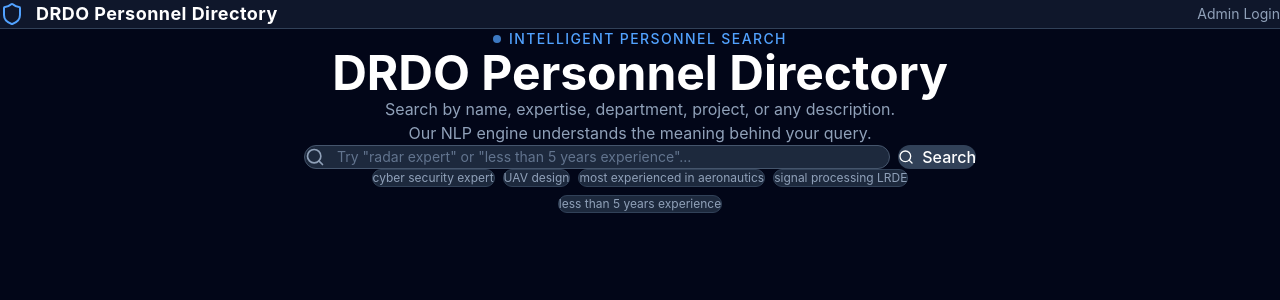
Repository: Mandeepigdtuw/DRDO-Directory
Page: / (app in frontend/)
An editor plug-in stored every save of this project. The page is shown before and after the next save, followed by the edit.
The browser window is 1280 px wide. The pictures show the whole page.
The project was rebuilt for these pictures with package versions that can differ from the ones it lists, and the page was loaded fresh each time. Also part of the build but not shown: frontend/vite.config.js, frontend/src/components/PersonnelCard.jsx, frontend/src/components/ProfileModal.jsx, frontend/src/pages/AdminLogin.jsx, frontend/src/components/AdminLayout.jsx, frontend/src/pages/AdminDashboard.jsx, frontend/src/pages/ManagePersonnel.jsx, frontend/src/pages/AddPersonnel.jsx and 3 more.

Above is the page before, as saved 2026-07-18 18:37:05.

### frontend/src/index.css
@import "tailwindcss";
@tailwind base;
@tailwind components;
@tailwind utilities;

* {
  margin: 0;
  padding: 0;
  box-sizing: border-box;
}

body {
  font-family: 'Inter', sans-serif;
  background-color: #0f172a;
  color: #e2e8f0;
}

### frontend/src/App.jsx
// src/App.jsx
import { BrowserRouter, Routes, Route, Navigate } from 'react-router-dom'
import SearchPage from './pages/SearchPage'
import AdminLogin from './pages/AdminLogin'
import AdminDashboard from './pages/AdminDashboard'
import ManagePersonnel from './pages/ManagePersonnel'
import AddPersonnel from './pages/AddPersonnel'
import EditPersonnel from './pages/EditPersonnel'
import AnalyticsDashboard from './pages/AnalyticsDashboard'
import ProtectedRoute from './components/ProtectedRoute'

export default function App() {
  return (
    <BrowserRouter>
      <Routes>
        {/* User Side - Public */}
        <Route path="/" element={<SearchPage />} />

        {/* Admin Login - Public */}
        <Route path="/admin/login" element={<AdminLogin />} />

        {/* Admin Side - Protected (need JWT token) */}
        <Route path="/admin" element={<ProtectedRoute />}>
          <Route path="dashboard" element={<AdminDashboard />} />
          <Route path="personnel" element={<ManagePersonnel />} />
          <Route path="personnel/add" element={<AddPersonnel />} />
          <Route path="personnel/edit/:employee_id" element={<EditPersonnel />} />
          <Route path="analytics" element={<AnalyticsDashboard />} />
        </Route>

        {/* Catch all unknown URLs → redirect to home */}
        <Route path="*" element={<Navigate to="/" />} />
      </Routes>
    </BrowserRouter>
  )
}

### frontend/src/pages/SearchPage.jsx
// src/pages/SearchPage.jsx
import { useState } from 'react'
import { Search, Loader2 } from 'lucide-react'
import Navbar from '../components/Navbar'
import PersonnelCard from '../components/PersonnelCard'
import ProfileModal from '../components/ProfileModal'
import { searchPersonnel, getAllPersonnelPublic } from '../services/api'

export default function SearchPage() {
  const [query, setQuery] = useState('')
  const [results, setResults] = useState([])
  const [loading, setLoading] = useState(false)
  const [searched, setSearched] = useState(false)
  const [selectedPerson, setSelectedPerson] = useState(null)
  const [error, setError] = useState('')

  const isExperienceQuery = (q) => {
    const lower = q.toLowerCase()
    return (
      lower.includes('maximum experience') ||
      lower.includes('most experience') ||
      lower.includes('most experienced') ||
      lower.includes('maximum years') ||
      lower.includes('highest experience') ||
      lower.includes('senior most') ||
      lower.includes('most senior') ||
      lower.includes('experienced scientist') ||
      lower.includes('experienced engineer')
    )
  }

  const isMinExperienceQuery = (q) => {
    const lower = q.toLowerCase()
    return (
      lower.includes('less than') ||
      lower.includes('fewer than') ||
      lower.includes('under') ||
      lower.includes('below') ||
      lower.includes('least experience') ||
      lower.includes('minimum experience') ||
      lower.includes('least experienced') ||
      lower.includes('junior') ||
      lower.includes('entry level') ||
      lower.includes('fresher') ||
      lower.includes('newest') ||
      lower.includes('youngest')
    )
  }

  const extractNumber = (q) => {
    const match = q.match(/\d+/)
    return match ? parseInt(match[0]) : null
  }

  const hasDomainContext = (q) => {
    const experienceWords = [
      'most', 'maximum', 'highest', 'senior', 'experienced',
      'scientist', 'engineer', 'in', 'the', 'field', 'of', 'with'
    ]
    const words = q.toLowerCase().split(' ')
    const domainWords = words.filter(w => w.length > 2 && !experienceWords.includes(w))
    return domainWords.length > 0
  }

  const handleSearch = async () => {
    if (!query.trim()) return
    setLoading(true)
    setError('')
    setSearched(false)

    try {
      let data = []

      if (isMinExperienceQuery(query)) {
        // LEAST / JUNIOR experience query
        const response = await getAllPersonnelPublic()
        let all = [...response.data.results]

        const num = extractNumber(query)
        if (num !== null) {
          all = all.filter(p => p.years_of_experience < num)
        }

        data = all
          .sort((a, b) => a.years_of_experience - b.years_of_experience)
          .map((p, i) => ({
            ...p,
            relevance_score: Math.max(0.99 - i * 0.01, 0.1)
          }))

      } else if (isExperienceQuery(query) && hasDomainContext(query)) {
        // MOST EXPERIENCED in specific domain
        const response = await searchPersonnel(query + '&top_k=30')
        data = [...response.data.results]
          .sort((a, b) => b.years_of_experience - a.years_of_experience)
          .slice(0, 10)
          .map((p, i) => ({
            ...p,
            relevance_score: Math.max(0.99 - i * 0.02, 0.1)
          }))

      } else if (isExperienceQuery(query)) {
        // MOST EXPERIENCED overall
        const response = await getAllPersonnelPublic()
        data = [...response.data.results]
          .sort((a, b) => b.years_of_experience - a.years_of_experience)
          .map((p, i) => ({
            ...p,
            relevance_score: Math.max(0.99 - i * 0.01, 0.1)
          }))

      } else {
        // NORMAL SEMANTIC SEARCH
        const response = await searchPersonnel(query)
        data = response.data.results
      }

      setResults(data)
      setSearched(true)
    } catch (err) {
      setError('Search failed. Please make sure the backend server is running.')
    } finally {
      setLoading(false)
    }
  }

  const handleKeyDown = (e) => {
    if (e.key === 'Enter') handleSearch()
  }

  return (
    <div className="min-h-screen bg-slate-950">
      <Navbar isAdmin={false} />

      <div className="flex flex-col items-center px-4 py-16">
        <div className="mb-3 flex items-center gap-2">
          <div className="w-2 h-2 rounded-full bg-blue-400 animate-pulse" />
          <span className="text-blue-400 text-sm font-medium tracking-widest uppercase">
            Intelligent Personnel Search
          </span>
        </div>

        <h1 className="text-4xl md:text-5xl font-bold text-white text-center mb-3">
          DRDO Personnel Directory
        </h1>
        <p className="text-slate-400 text-center mb-10 max-w-lg text-sm md:text-base">
          Search by name, expertise, department, project, or any description.
          Our NLP engine understands the meaning behind your query.
        </p>

        <div className="w-full max-w-2xl flex gap-2">
          <div className="flex-1 flex items-center bg-slate-800 border border-slate-600 rounded-xl px-4 gap-3 focus-within:border-blue-500 transition-colors">
            <Search className="text-slate-400 shrink-0" size={20} />
            <input
              type="text"
              value={query}
              onChange={(e) => setQuery(e.target.value)}
              onKeyDown={handleKeyDown}
              placeholder='Try "radar expert" or "less than 5 years experience"...'
              className="flex-1 bg-transparent text-white py-4 outline-none placeholder-slate-500 text-sm"
            />
            {query && (
              <button
                onClick={() => { setQuery(''); setResults([]); setSearched(false) }}
                className="text-slate-500 hover:text-white transition-colors text-xl leading-none"
              >
                ×
              </button>
            )}
          </div>
          <button
            onClick={handleSearch}
            disabled={loading || !query.trim()}
            className="bg-blue-600 hover:bg-blue-500 disabled:bg-slate-700 disabled:cursor-not-allowed text-white px-6 rounded-xl font-medium transition-colors flex items-center gap-2 whitespace-nowrap"
          >
            {loading
              ? <Loader2 size={18} className="animate-spin" />
              : <Search size={16} />}
            {loading ? 'Searching...' : 'Search'}
          </button>
        </div>

        <div className="flex flex-wrap gap-2 mt-4 justify-center max-w-2xl">
          {[
            'cyber security expert',
            'UAV design',
            'most experienced in aeronautics',
            'signal processing LRDE',
            'less than 5 years experience',
          ].map((hint) => (
            <button
              key={hint}
              onClick={() => setQuery(hint)}
              className="text-xs text-slate-400 hover:text-blue-400 bg-slate-800 hover:bg-slate-700 px-3 py-1.5 rounded-full border border-slate-700 transition-colors"
            >
              {hint}
            </button>
          ))}
        </div>
      </div>

      <div className="flex flex-col items-center px-4 pb-16">
        <div className="w-full max-w-5xl">
          {error && (
            <div className="text-red-400 bg-red-400/10 border border-red-400/20 rounded-xl p-4 text-center mb-6 text-sm">
              {error}
            </div>
          )}

          {searched && (
            <p className="text-slate-400 text-sm mb-5 text-center">
              {results.length > 0
                ? `${results.length} results for "${query}" — ranked by relevance`
                : `No results found for "${query}"`}
            </p>
          )}

          {results.length > 0 && (
            <div className="grid grid-cols-1 md:grid-cols-2 gap-4">
              {results.map((person, index) => (
                <PersonnelCard
                  key={person.employee_id}
                  person={person}
                  rank={index + 1}
                  onClick={() => setSelectedPerson(person)}
                />
              ))}
            </div>
          )}

          {searched && results.length === 0 && (
            <div className="text-center py-16 text-slate-500">
              <Search size={48} className="mx-auto mb-4 opacity-30" />
              <p className="text-lg">No personnel found matching your query.</p>
              <p className="text-sm mt-2">Try different keywords or a broader search.</p>
            </div>
          )}
        </div>
      </div>

      {selectedPerson && (
        <ProfileModal
          person={selectedPerson}
          onClose={() => setSelectedPerson(null)}
        />
      )}
    </div>
  )
}

### frontend/src/components/Navbar.jsx
// src/components/Navbar.jsx
import { Link, useNavigate, useLocation } from 'react-router-dom'
import { Shield, LogOut, Users, BarChart2, Plus, Search } from 'lucide-react'

export default function Navbar({ isAdmin = false }) {
  const navigate = useNavigate()
  const location = useLocation()

  const handleLogout = () => {
    localStorage.removeItem('admin_token')
    navigate('/admin/login')
  }

  const isActive = (path) =>
    location.pathname === path
      ? 'bg-blue-600 text-white'
      : 'text-slate-300 hover:text-white hover:bg-slate-700'

  if (!isAdmin) {
    // Simple navbar for user search page
    return (
      <nav className="bg-slate-900 border-b border-slate-700 px-6 py-4 flex items-center justify-between">
        <div className="flex items-center gap-3">
          <Shield className="text-blue-400" size={24} />
          <span className="text-white font-bold text-lg tracking-wide">
            DRDO Personnel Directory
          </span>
        </div>
        <Link
          to="/admin/login"
          className="text-slate-400 hover:text-white text-sm transition-colors"
        >
          Admin Login
        </Link>
      </nav>
    )
  }

  // Full navbar for admin pages
  return (
    <nav className="bg-slate-900 border-b border-slate-700 px-6 py-3 flex items-center justify-between">
      <div className="flex items-center gap-3">
        <Shield className="text-blue-400" size={22} />
        <span className="text-white font-bold tracking-wide">DRDO Admin</span>
      </div>

      <div className="flex items-center gap-2">
        <Link
          to="/"
          className={`flex items-center gap-2 px-3 py-2 rounded-lg text-sm transition-colors ${isActive('/')}`}
        >
          <Search size={15} /> Search
        </Link>
        <Link
          to="/admin/dashboard"
          className={`flex items-center gap-2 px-3 py-2 rounded-lg text-sm transition-colors ${isActive('/admin/dashboard')}`}
        >
          <Shield size={15} /> Dashboard
        </Link>
        <Link
          to="/admin/personnel"
          className={`flex items-center gap-2 px-3 py-2 rounded-lg text-sm transition-colors ${isActive('/admin/personnel')}`}
        >
          <Users size={15} /> Personnel
        </Link>
        <Link
          to="/admin/personnel/add"
          className={`flex items-center gap-2 px-3 py-2 rounded-lg text-sm transition-colors ${isActive('/admin/personnel/add')}`}
        >
          <Plus size={15} /> Add
        </Link>
        <Link
          to="/admin/analytics"
          className={`flex items-center gap-2 px-3 py-2 rounded-lg text-sm transition-colors ${isActive('/admin/analytics')}`}
        >
          <BarChart2 size={15} /> Analytics
        </Link>
      </div>

      <button
        onClick={handleLogout}
        className="flex items-center gap-2 text-slate-400 hover:text-red-400 text-sm transition-colors"
      >
        <LogOut size={16} /> Logout
      </button>
    </nav>
  )
}

### frontend/src/services/api.js
// src/services/api.js
import axios from 'axios'

const BASE_URL = 'http://localhost:8000'

// Create axios instance pointing to our backend
const api = axios.create({
  baseURL: BASE_URL,
})

// Automatically attach JWT token to every request if it exists
api.interceptors.request.use((config) => {
  const token = localStorage.getItem('admin_token')
  if (token) {
    config.headers.Authorization = `Bearer ${token}`
  }
  return config
})

// ─── AUTH ────────────────────────────────────────
export const loginAdmin = (username, password) =>
  api.post('/auth/login', { username, password })

// ─── SEARCH ──────────────────────────────────────
export const searchPersonnel = (query) =>
  api.get(`/search/?q=${encodeURIComponent(query)}`)


// ─── ADMIN PERSONNEL ─────────────────────────────
export const getAllPersonnel = () =>
  api.get('/admin/personnel')

export const getPersonById = (employee_id) =>
  api.get(`/admin/personnel/${employee_id}`)

export const addPersonnel = (data) =>
  api.post('/admin/personnel', data)

export const updatePersonnel = (employee_id, data) =>
  api.put(`/admin/personnel/${employee_id}`, data)

export const deletePersonnel = (employee_id) =>
  api.delete(`/admin/personnel/${employee_id}`)

// ─── ANALYTICS ───────────────────────────────────
export const getAnalyticsSummary = () =>
  api.get('/admin/analytics/summary')

export const getTopSearches = () =>
  api.get('/admin/analytics/top-searches')

export const getSearchTrends = () =>
  api.get('/admin/analytics/trends')

export const getDepartmentStats = () =>
  api.get('/admin/analytics/department-stats')

export const getZeroResults = () =>
  api.get('/admin/analytics/zero-results')

// Add this to the bottom of src/services/api.js
export const getAllPersonnelPublic = () =>
  api.get('/search/all')

Loaded but not shown: frontend/src/main.jsx (common file)

After the next save:
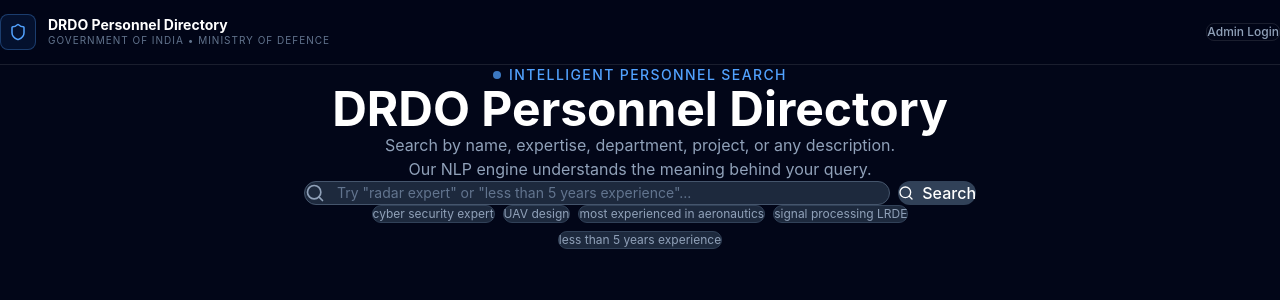
Saved 2 min 14 s later.
--- a/frontend/src/components/Navbar.jsx
+++ b/frontend/src/components/Navbar.jsx
@@ -12,77 +12,101 @@
   }
 
   const isActive = (path) =>
-    location.pathname === path
-      ? 'bg-blue-600 text-white'
-      : 'text-slate-300 hover:text-white hover:bg-slate-700'
+    location.pathname === path ||
+    location.pathname.startsWith(path + '/')
 
   if (!isAdmin) {
-    // Simple navbar for user search page
     return (
-      <nav className="bg-slate-900 border-b border-slate-700 px-6 py-4 flex items-center justify-between">
-        <div className="flex items-center gap-3">
-          <Shield className="text-blue-400" size={24} />
-          <span className="text-white font-bold text-lg tracking-wide">
-            DRDO Personnel Directory
-          </span>
+      <nav className="w-full border-b border-white/10 bg-slate-950/90 backdrop-blur-xl">
+        <div className="flex h-16 w-full items-center justify-between px-6 sm:px-10 lg:px-16">
+          <div className="flex items-center gap-3">
+            <div className="flex h-9 w-9 items-center justify-center rounded-lg border border-blue-400/30 bg-blue-500/10">
+              <Shield size={18} className="text-blue-400" />
+            </div>
+            <div>
+              <p className="text-sm font-bold text-white leading-tight">
+                DRDO Personnel Directory
+              </p>
+              <p className="text-[10px] uppercase tracking-widest text-slate-500">
+                Government of India • Ministry of Defence
+              </p>
+            </div>
+          </div>
+          <Link
+            to="/admin/login"
+            className="text-xs font-medium text-slate-400 hover:text-blue-400 transition border border-white/10 hover:border-blue-400/30 px-4 py-2 rounded-lg"
+          >
+            Admin Login
+          </Link>
         </div>
-        <Link
-          to="/admin/login"
-          className="text-slate-400 hover:text-white text-sm transition-colors"
-        >
-          Admin Login
-        </Link>
       </nav>
     )
   }
 
-  // Full navbar for admin pages
+  const navLinks = [
+    { to: '/admin/dashboard', label: 'Dashboard', icon: Shield },
+    { to: '/admin/personnel', label: 'Personnel', icon: Users },
+    { to: '/admin/personnel/add', label: 'Add', icon: Plus },
+    { to: '/admin/analytics', label: 'Analytics', icon: BarChart2 },
+  ]
+
   return (
-    <nav className="bg-slate-900 border-b border-slate-700 px-6 py-3 flex items-center justify-between">
-      <div className="flex items-center gap-3">
-        <Shield className="text-blue-400" size={22} />
-        <span className="text-white font-bold tracking-wide">DRDO Admin</span>
+    <nav className="w-full border-b border-white/10 bg-slate-950/90 backdrop-blur-xl">
+      <div className="flex h-16 w-full items-center justify-between px-6 sm:px-10 lg:px-16">
+
+        {/* Left — Branding */}
+        <div className="flex items-center gap-3 shrink-0">
+          <div className="flex h-9 w-9 items-center justify-center rounded-lg border border-blue-400/30 bg-blue-500/10">
+            <Shield size={18} className="text-blue-400" />
+          </div>
+          <div className="hidden sm:block">
+            <p className="text-sm font-bold text-white leading-tight">DRDO Admin</p>
+            <p className="text-[10px] uppercase tracking-widest text-slate-500">
+              Personnel Directory
+            </p>
+          </div>
+        </div>
+
+        {/* Center — Nav Links */}
+        <div className="flex items-center gap-1">
+          <Link
+            to="/"
+            className="flex items-center gap-2 px-3 py-2 rounded-lg text-xs font-medium text-slate-400 hover:text-white hover:bg-white/5 transition"
+          >
+            <Search size={14} />
+            <span className="hidden sm:block">Search</span>
+          </Link>
+
+          {navLinks.map((link) => {
+            const active = isActive(link.to)
+            return (
+              <Link
+                key={link.to}
+                to={link.to}
+                className={
+                  'flex items-center gap-2 px-3 py-2 rounded-lg text-xs font-medium transition ' +
+                  (active
+                    ? 'bg-blue-500/15 text-blue-400 border border-blue-400/20'
+                    : 'text-slate-400 hover:text-white hover:bg-white/5')
+                }
+              >
+                <link.icon size={14} />
+                <span className="hidden sm:block">{link.label}</span>
+              </Link>
+            )
+          })}
+        </div>
+
+        {/* Right — Logout */}
+        <button
+          onClick={handleLogout}
+          className="flex items-center gap-2 px-3 py-2 rounded-lg text-xs font-medium text-slate-400 hover:text-red-400 hover:bg-red-400/5 border border-transparent hover:border-red-400/20 transition shrink-0"
+        >
+          <LogOut size={14} />
+          <span className="hidden sm:block">Logout</span>
+        </button>
+
       </div>
-
-      <div className="flex items-center gap-2">
-        <Link
-          to="/"
-          className={`flex items-center gap-2 px-3 py-2 rounded-lg text-sm transition-colors ${isActive('/')}`}
-        >
-          <Search size={15} /> Search
-        </Link>
-        <Link
-          to="/admin/dashboard"
-          className={`flex items-center gap-2 px-3 py-2 rounded-lg text-sm transition-colors ${isActive('/admin/dashboard')}`}
-        >
-          <Shield size={15} /> Dashboard
-        </Link>
-        <Link
-          to="/admin/personnel"
-          className={`flex items-center gap-2 px-3 py-2 rounded-lg text-sm transition-colors ${isActive('/admin/personnel')}`}
-        >
-          <Users size={15} /> Personnel
-        </Link>
-        <Link
-          to="/admin/personnel/add"
-          className={`flex items-center gap-2 px-3 py-2 rounded-lg text-sm transition-colors ${isActive('/admin/personnel/add')}`}
-        >
-          <Plus size={15} /> Add
-        </Link>
-        <Link
-          to="/admin/analytics"
-          className={`flex items-center gap-2 px-3 py-2 rounded-lg text-sm transition-colors ${isActive('/admin/analytics')}`}
-        >
-          <BarChart2 size={15} /> Analytics
-        </Link>
-      </div>
-
-      <button
-        onClick={handleLogout}
-        className="flex items-center gap-2 text-slate-400 hover:text-red-400 text-sm transition-colors"
-      >
-        <LogOut size={16} /> Logout
-      </button>
     </nav>
   )
 }
